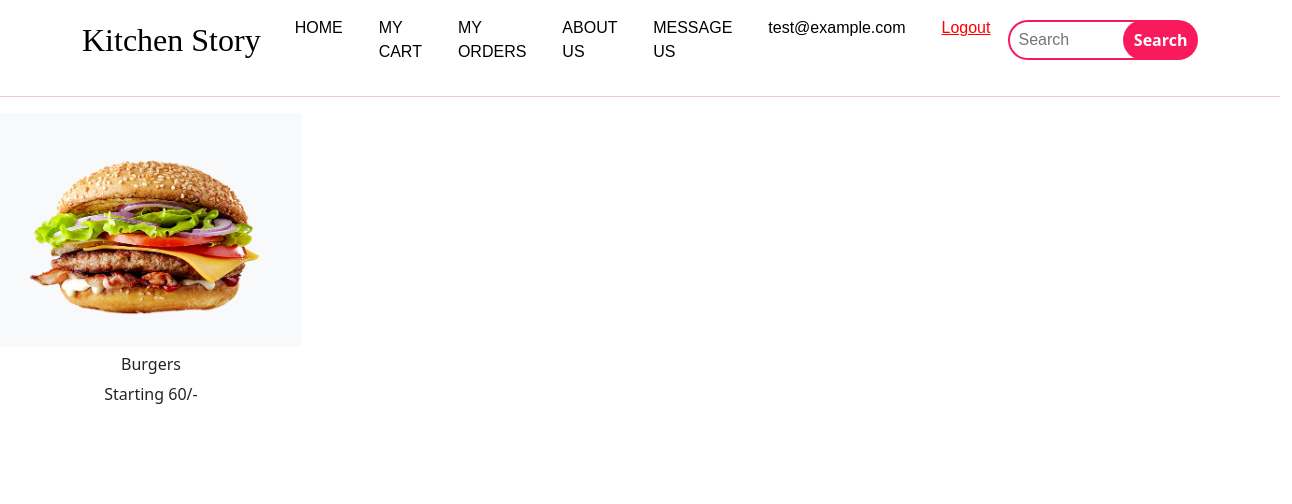
Repository: manishmachha/project-kitchenStory
Page: http://localhost/Phase_4_Kitchen_Story/products.jsp
The author's editor kept a copy of each file at every save. The page is drawn from the files as they stood at one save, then again after the next save.
The browser window is 1280 px wide. The page is 1292 px wide, so the pictures cover 1292 px, including what lies to the right of the window. The pictures show the whole page.
Some web fonts or font styles are not loaded; a fallback is used. Some web libraries are served in a nearby version. The page is served by Tomcat 10. The session is filled in as if someone had signed in: {"email": "test@example.com"}.

Above is the page before, as saved 2022-03-11 05:51:20.

After the next save:
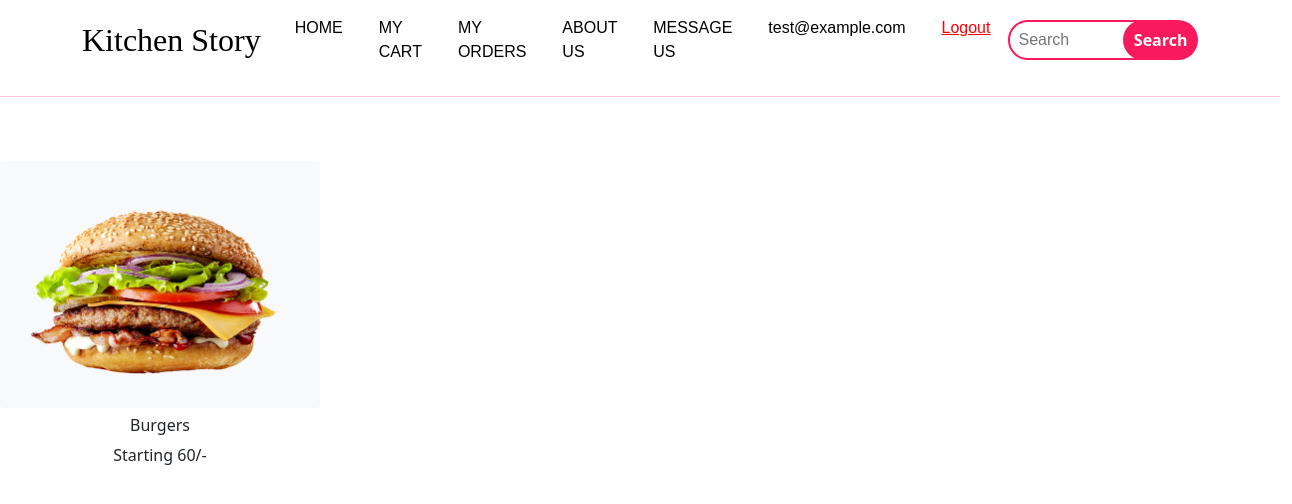
Saved 29 s later.
--- a/Phase 4 Kitchen Story/src/main/webapp/products.jsp
+++ b/Phase 4 Kitchen Story/src/main/webapp/products.jsp
@@ -12,15 +12,17 @@
 </head>
 <body>
 	<div class="row">
-		<div class="col-lg-3 text-center">
-			<div class="card border-0 bg-light mb-2">
-				<div class="card-body">
-					<a href="products.jsp"><img src="images/burger-trending.png"
-						class="img-fluid"></a>
+		<div class="container py-5">
+			<div class="col-lg-3 text-center">
+				<div class="card border-0 bg-light mb-2">
+					<div class="card-body">
+						<a href="products.jsp"><img src="images/burger-trending.png"
+							class="img-fluid"></a>
+					</div>
 				</div>
+				<h6>Burgers</h6>
+				<p>Starting 60/-</p>
 			</div>
-			<h6>Burgers</h6>
-			<p>Starting 60/-</p>
 		</div>
 	</div>
 </body>
